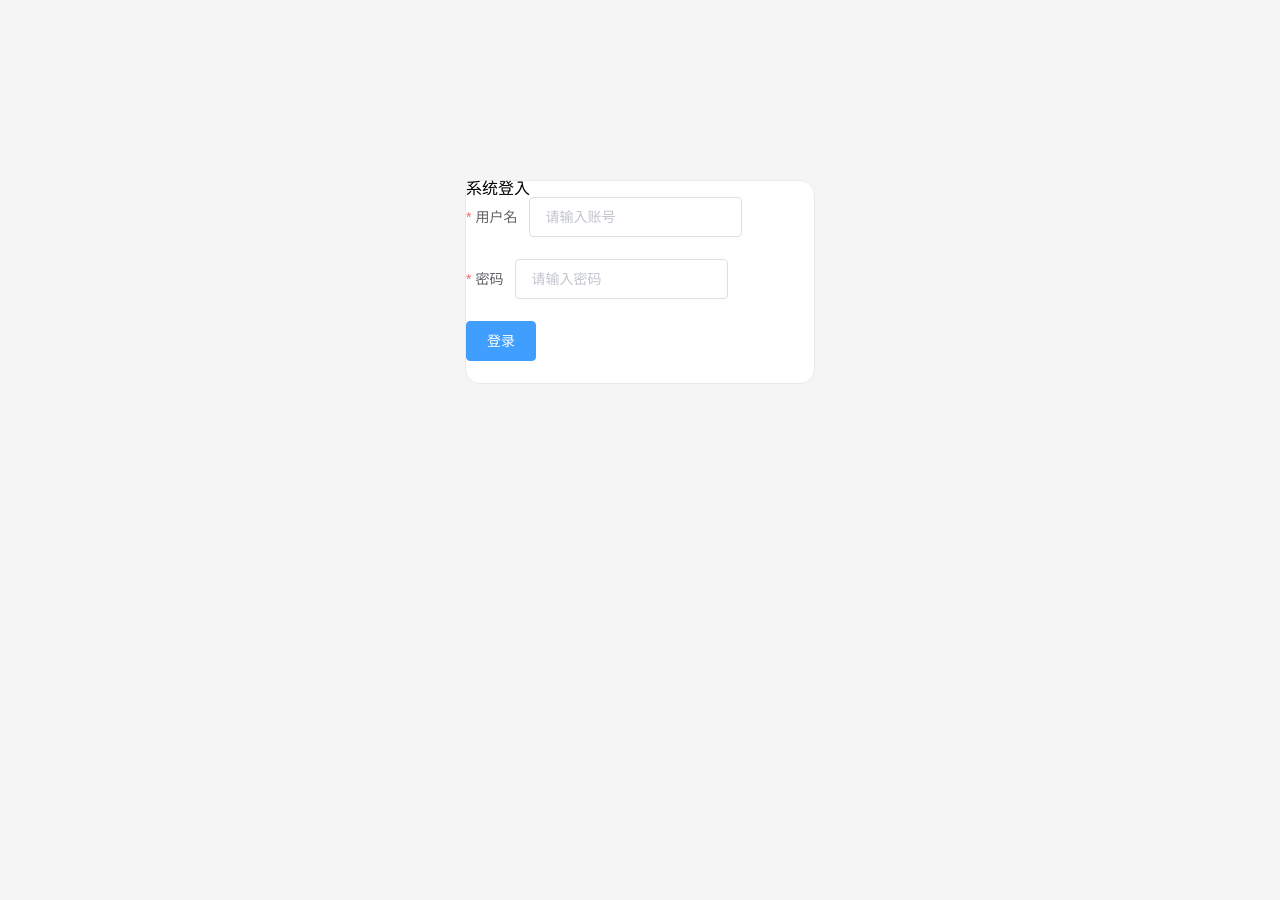
Repository: wangtao20230308/-
Page: /login
These files come from the project's save history. The page is drawn as it stood at one moment and after a run of saves; the edit follows.
The browser window is 1280 px wide. The pictures show the whole page.
The project was rebuilt for these pictures with package versions that can differ from the ones it lists, and the page was loaded fresh each time. Also part of the build but not shown: src/components/CommonAside.vue, src/components/CommonHeader.vue, src/components/commonTag.vue, src/views/Main.vue, src/utils/requst.js, src/api/index.js, src/views/Home.vue, src/views/User.vue and 3 more.

Above is the page before, as saved 2023-03-27 14:40:00.

After the next 2 saves:
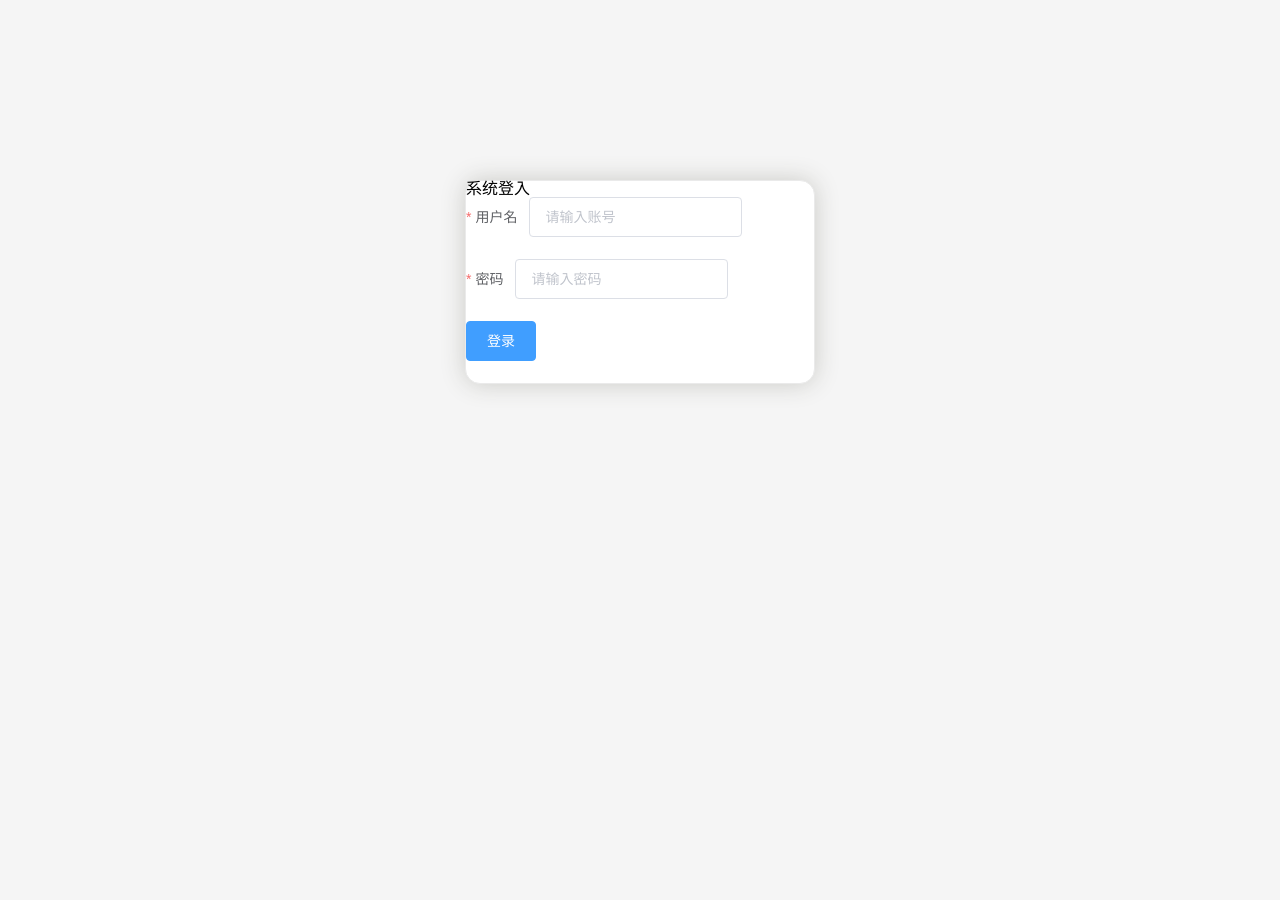
The 2 saves are shown as one change because 1 did not build or start.
The last was saved 41 s later.
--- a/src/views/Login.vue
+++ b/src/views/Login.vue
@@ -39,5 +39,6 @@ export default {
   margin: 180px auto;
   background-color: #fff;
   border-radius: 15px;
+  box-shadow: 0 0 25px #cacac6;
 }
 </style>
